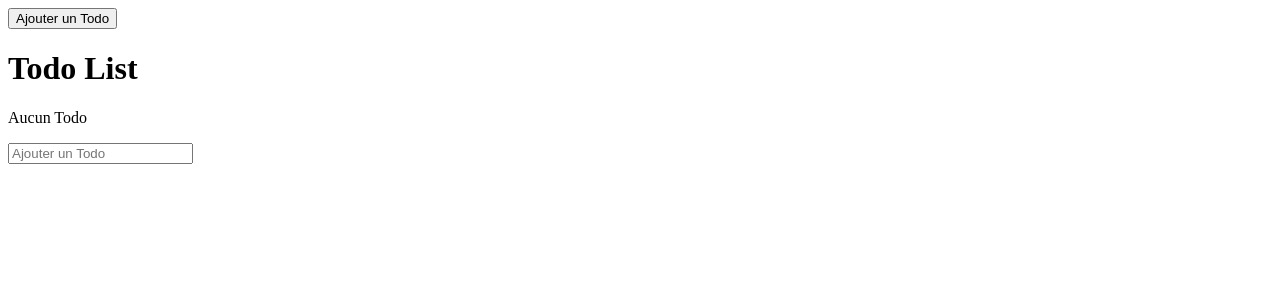
Repository: Aqui05/todo-vue
Page: /
The author's editor kept a copy of each file at every save. The page is drawn from the files as they stood at one save, then again after the next save.
The browser window is 1280 px wide. The pictures show the whole page.
The project was rebuilt for these pictures with package versions that can differ from the ones it lists, and the page was loaded fresh each time. Also part of the build but not shown: vue.config.js.

Above is the page before, as saved 2024-10-31 17:58:34.

After the next save:
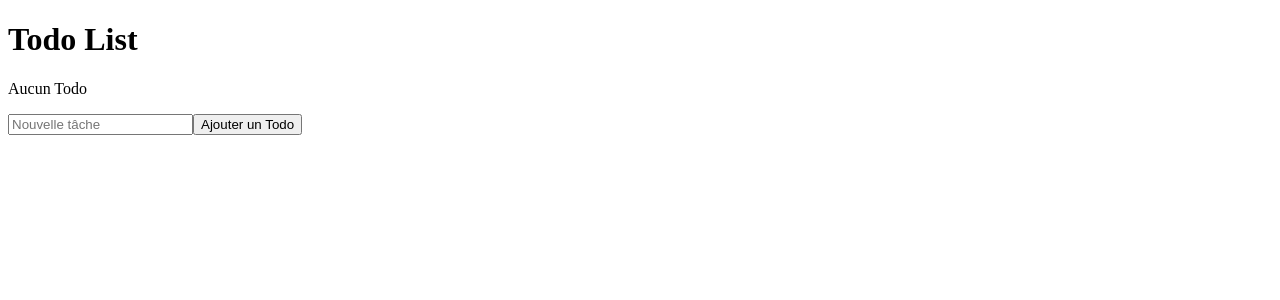
Saved 108 s later.
--- a/src/App.vue
+++ b/src/App.vue
@@ -1,9 +1,9 @@
 <template>
-  <button class="button" @click="addTodo">Ajouter un Todo</button>
   <div>
     <h1>Todo List</h1>
     <p v-if="todos.length === 0">Aucun Todo</p>
-    <input v-model="newTodoText" placeholder="Ajouter un Todo" />
+    <input type="text" v-model="newTodoText" placeholder="Nouvelle tâche" />
+    <button class="button" @click="addTodo">Ajouter un Todo</button>
     <ul>
       <li v-for="todo in todos" :key="todo.id">{{ todo.text }}</li>
     </ul>
